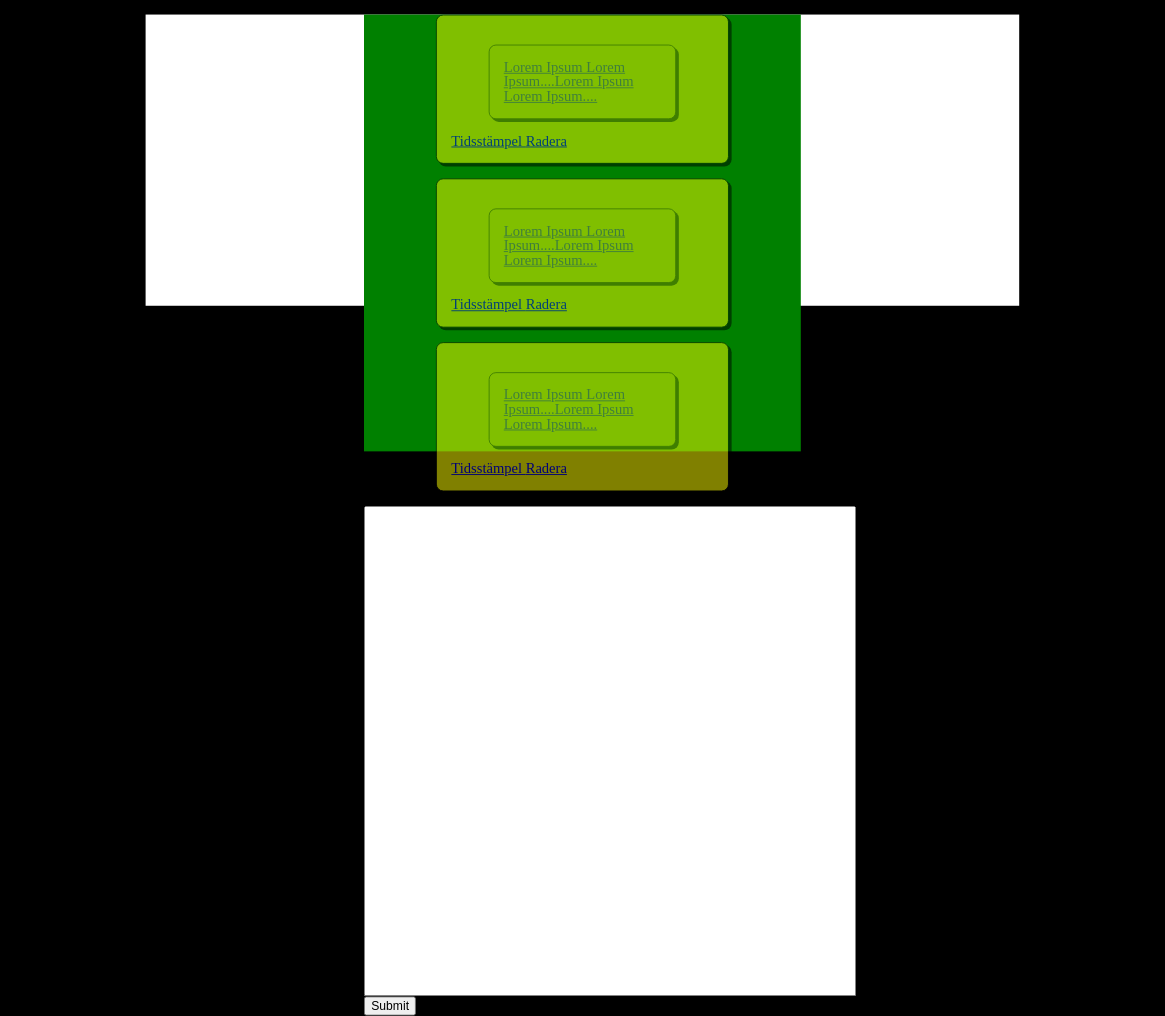
Repository: AndreasAnemyrLNU/1dv403-laborationer-AA223IG
Page: 2-labbymezzage/index.html
The author's editor kept a record of every edit. The page is drawn from the files as they stood at one moment, then again after the next edit.
The browser window is 1280 px wide. The pictures show the whole page, at 91% of full size.

Above is the page before.

After the next edit:
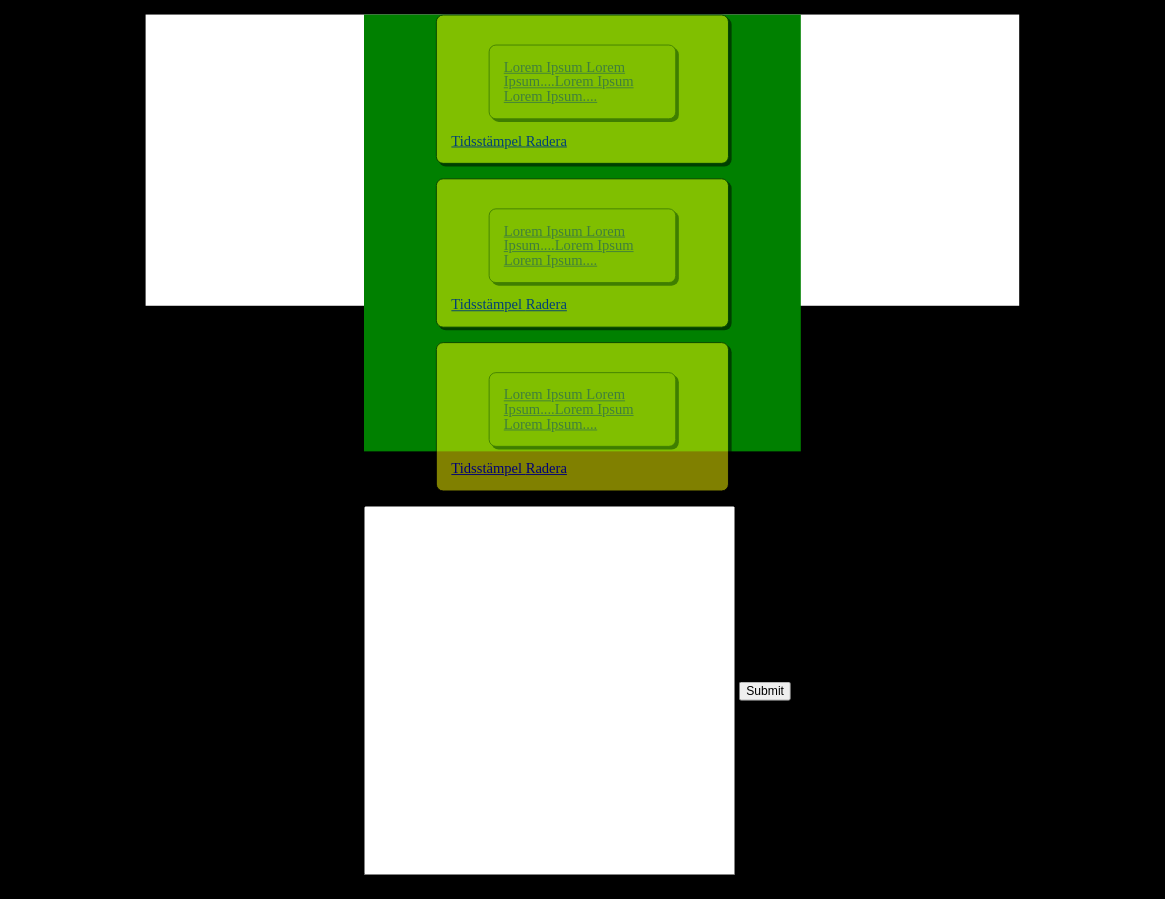
The edit:
--- a/2-labbymezzage/css/main.css
+++ b/2-labbymezzage/css/main.css
@@ -74,8 +74,8 @@
 }
 
 #messageInputArea {
-    width: 40em;
-    height: 40em;
+    width: 30em;
+    height: 30em;
 
 }
 
